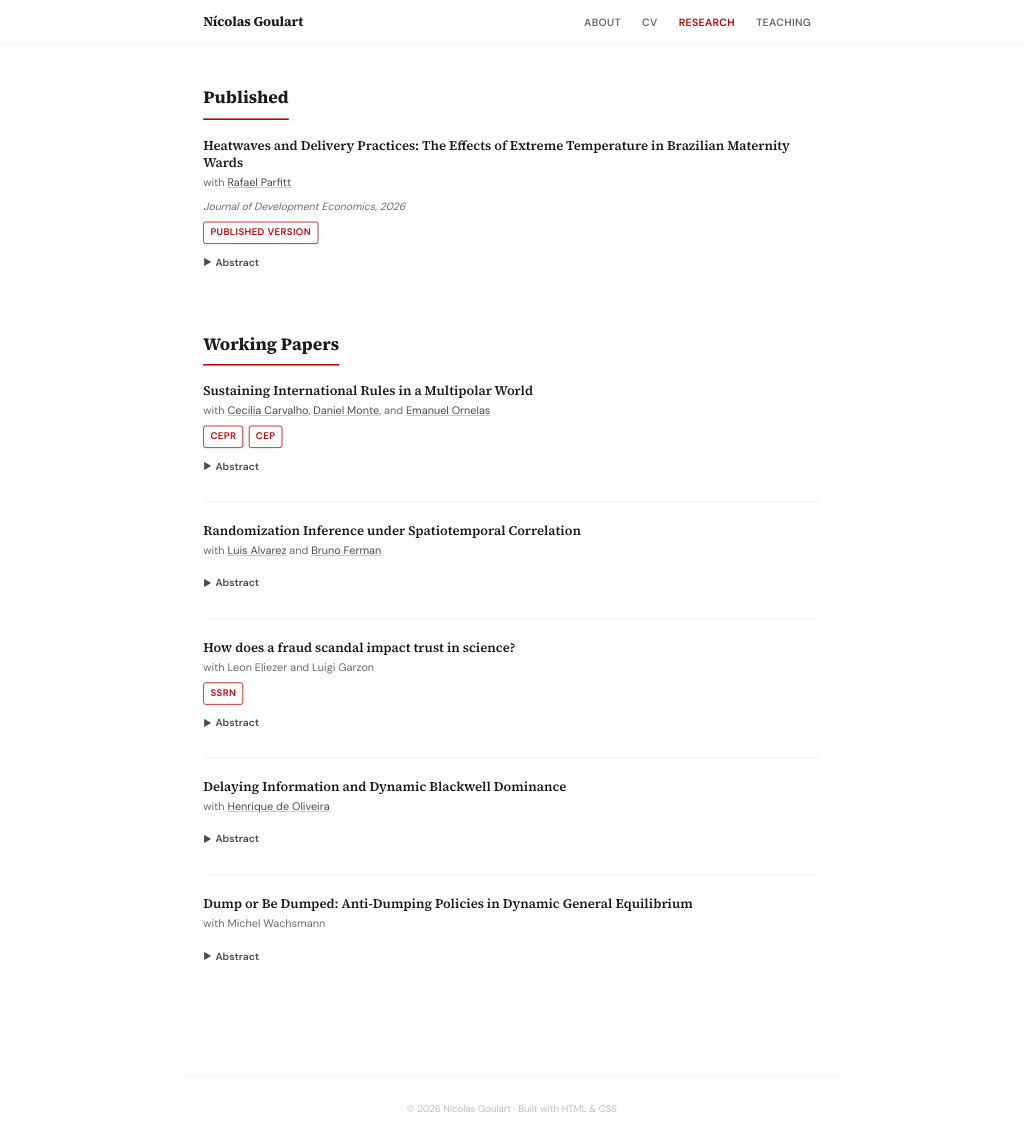
Repository: ngoulart/ngoulart.github.io
Page: files/research.html
These files come from the project's save history. The page is drawn as it stood at one moment and after the next save; the edit follows.
The browser window is 1280 px wide. The pictures show the whole page, at 80% of full size.

Above is the page before, as saved 2026-04-26 17:25:16.

After the next save:
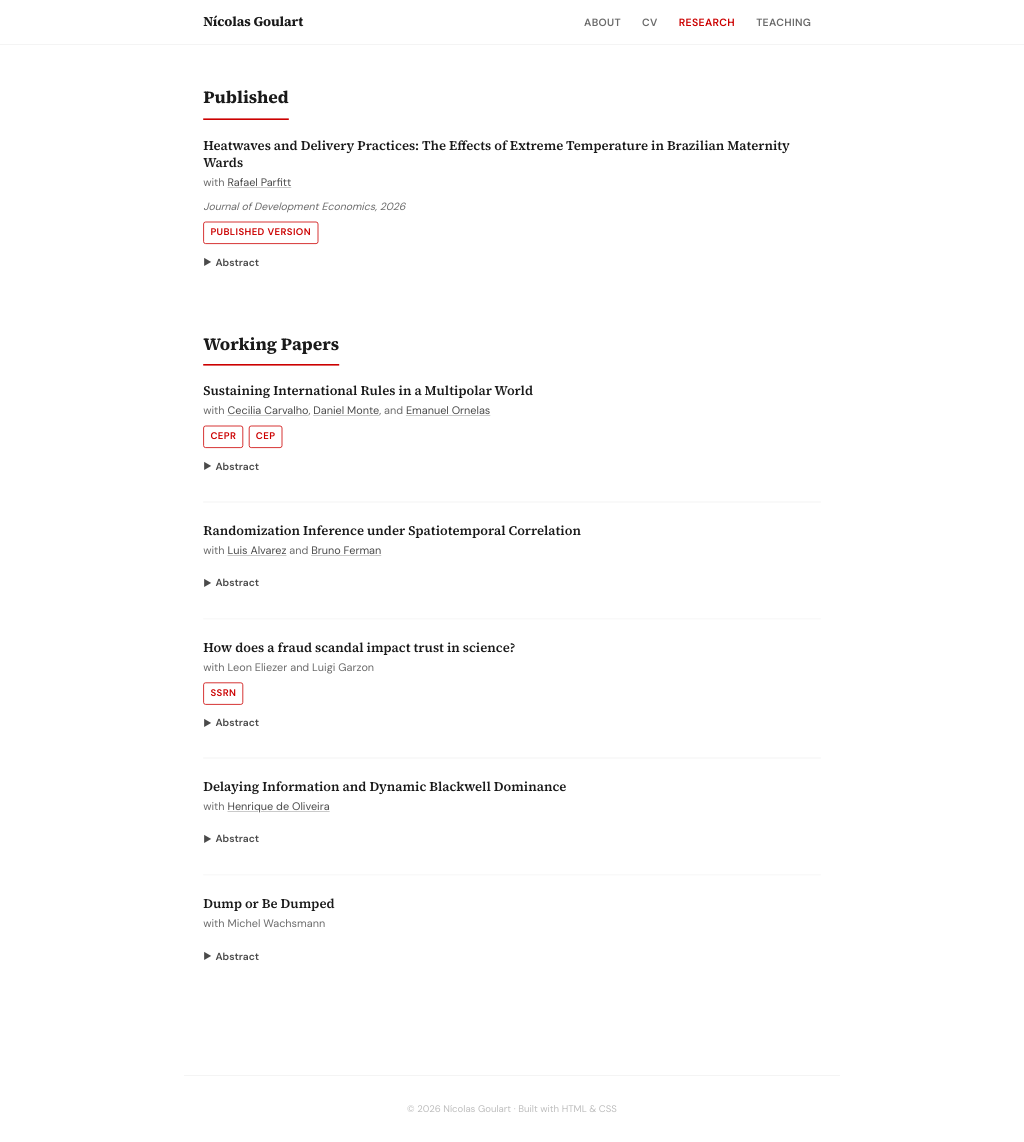
Saved 2 s later.
--- a/files/research.html
+++ b/files/research.html
@@ -110,7 +110,7 @@
   </div>
 
   <div class="paper" id="anti-dumping">
-    <div class="paper-title">Dump or Be Dumped: Anti-Dumping Policies in Dynamic General Equilibrium</div>
+    <div class="paper-title">Dump or Be Dumped</div>
     <div class="paper-authors">with Michel Wachsmann</div>
     <div class="paper-links">
     </div>
@@ -118,7 +118,7 @@
       <span class="arrow">▶</span> Abstract
     </button>
     <div class="abstract-text">
-      We build a multi-country, multi-sector dynamic trade model to quantify the effects of anti-dumping duties. Embedding an exogenous AD policy process from the World Bank Temporary Trade Barriers Database into a gravity framework, we estimate trade elasticities via IV and conduct counterfactual exercises&mdash;including full AD removal, sector-specific duties, and retaliation cascades.
+      We build a multi-country, multi-sector trade model to quantify the effects of anti-dumping duties. Embedding an exogenous AD policy process from the World Bank Temporary Trade Barriers Database into a gravity framework, we estimate trade elasticities via IV and conduct counterfactual exercises&mdash;including full AD removal, sector-specific duties, and retaliation cascades.
     </div>
   </div>
 
